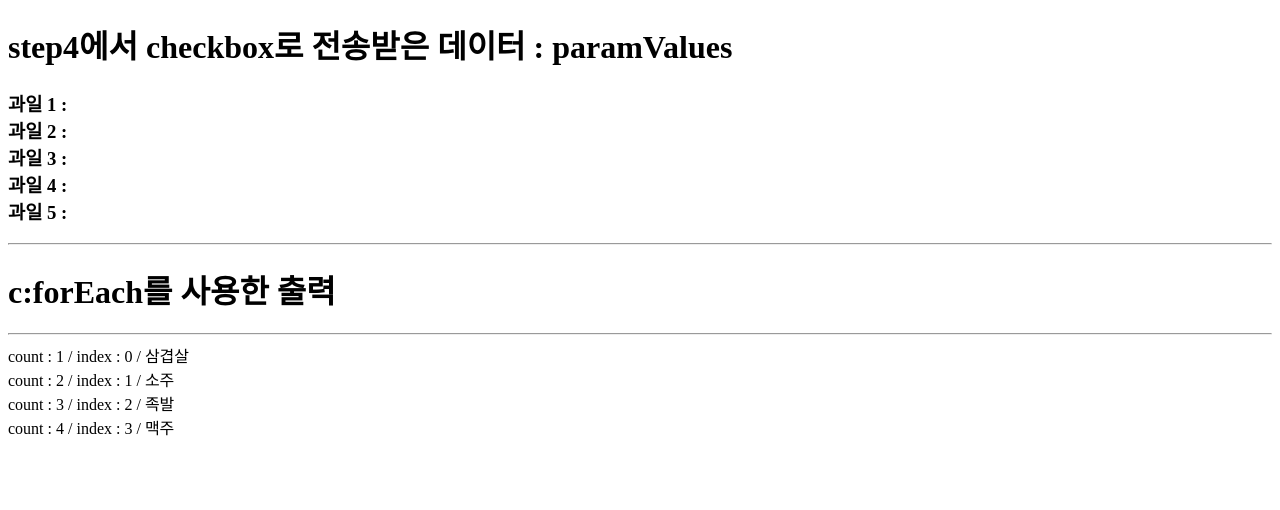
Repository: HaeunOh/study
Page: http://localhost/jstl_study/step-5.jsp
The author's editor kept a copy of each file at every save. The page is drawn from the files as they stood at one save, then again after the next save.
The browser window is 1280 px wide. The pictures show the whole page.
The page is served by Tomcat 9. Other server files are loaded and not shown.

Above is the page before, as saved 2024-04-11 04:03:40.

### _jstl_workspace/jstl_study/src/main/webapp/step-5.jsp
<%@ page language="java" contentType="text/html; charset=UTF-8"
    pageEncoding="UTF-8"%>
    <%@ taglib uri="http://java.sun.com/jsp/jstl/core" prefix="c"%>
<!DOCTYPE html>
<html>
<head>
<meta charset="UTF-8">
<title>Insert title here</title>
</head>
<body>
	<h1>step4에서 checkbox로 전송받은 데이터 : paramValues</h1>
	<h3>
		과일 1 : ${paramValues.food[0] } <br>
		과일 2 : ${paramValues.food[1] } <br>
		과일 3 : ${paramValues.food[2] } <br>
		과일 4 : ${paramValues.food[3] } <br>
		과일 5 : ${paramValues.food[4] } <br>
	</h3>

	<hr>
	<!-- varStatus의 index : 번지(0부터), count : 개수(1개부터 시작)-->
	<h1>c:forEach를 사용한 출력</h1>
	<c:forEach items="${paramValues.food }" var="foods" varStatus="i">
	 	<h3>
	 	과일 : ${i.index } / ${i.count } : ${foods } <br>
	 	</h3>
	</c:forEach>

	<hr>

	<%
		String friends[] = {"삼겹살","소주","족발","맥주"};
		//java Controller에서 jsp로 데이터 보낼 때
		request.setAttribute("fr", friends);
	%>

	<c:forEach items="${requestScope.fr }" var="fname" varStatus="i">
		count : ${i.count } / index : ${i.index } / ${fname } <br>
	</c:forEach>

</body>
</html>

After the next save:
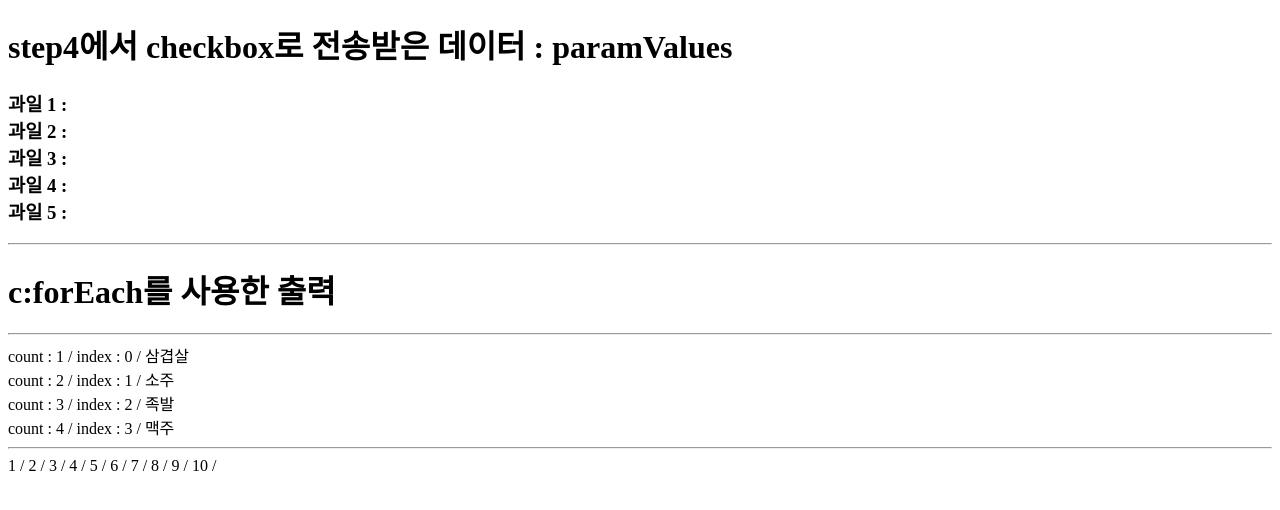
Saved 111 s later.
--- a/_jstl_workspace/jstl_study/src/main/webapp/step-5.jsp
+++ b/_jstl_workspace/jstl_study/src/main/webapp/step-5.jsp
@@ -38,5 +38,12 @@
 		count : ${i.count } / index : ${i.index } / ${fname } <br>
 	</c:forEach>
 
+	<hr>
+
+	<!-- begin="시작숫자", end="끝숫자", var="저장할 변수" -->
+	<c:forEach begin="1" end="10" var="i">
+		${i } /
+	</c:forEach>
+
 </body>
 </html>
